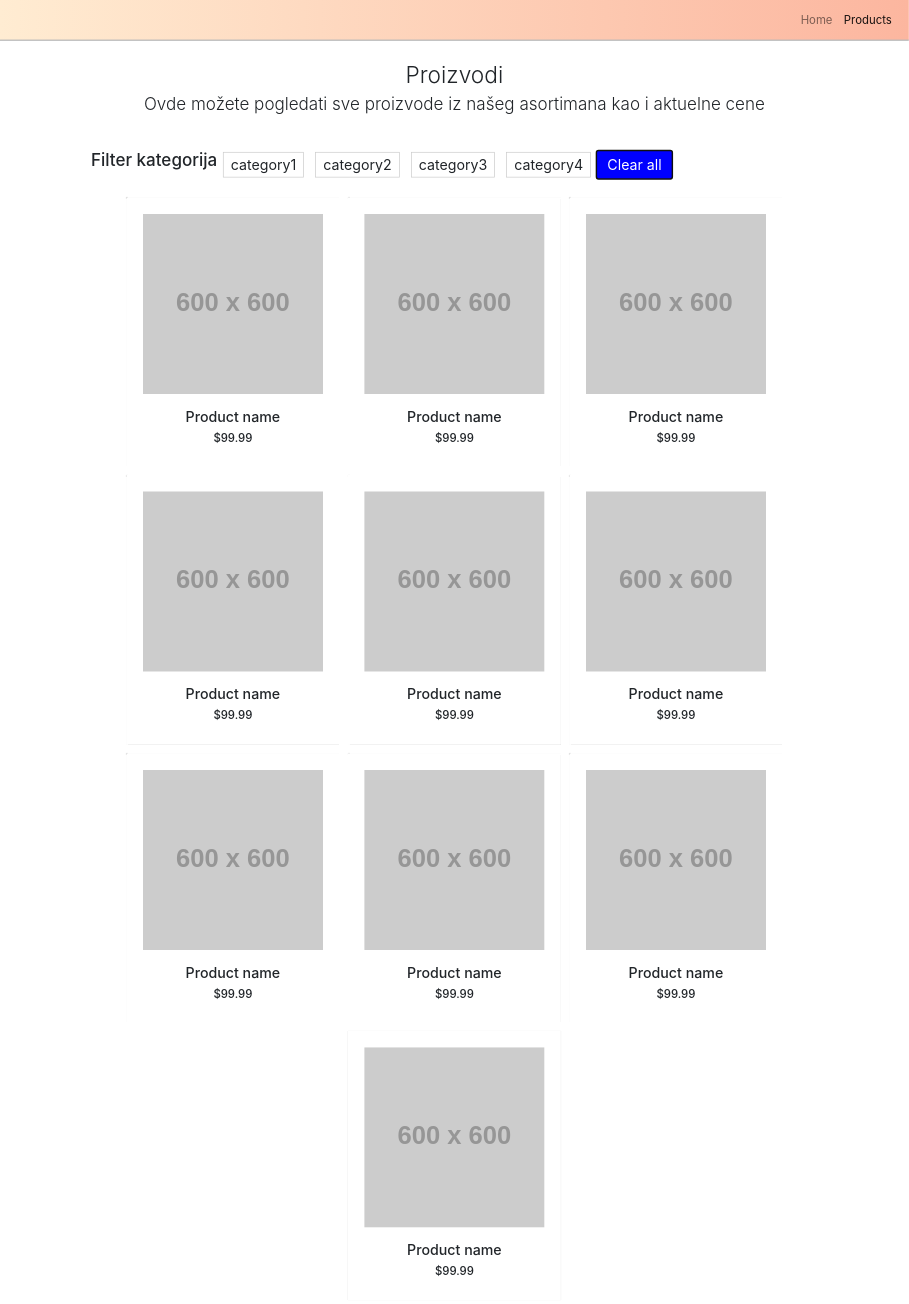
Repository: StevanFilipovic/TemplateForSinglepageWebsite
Page: products.html
These files come from the project's save history. The page is drawn as it stood at one moment and after the next save; the edit follows.
The browser window is 1280 px wide. The pictures show the whole page, at 71% of full size.
The first visible `.dugme` has the focus.
Some web libraries are served in a nearby version.

Above is the page before, as saved 2018-06-15 10:31:35.

After the next save:
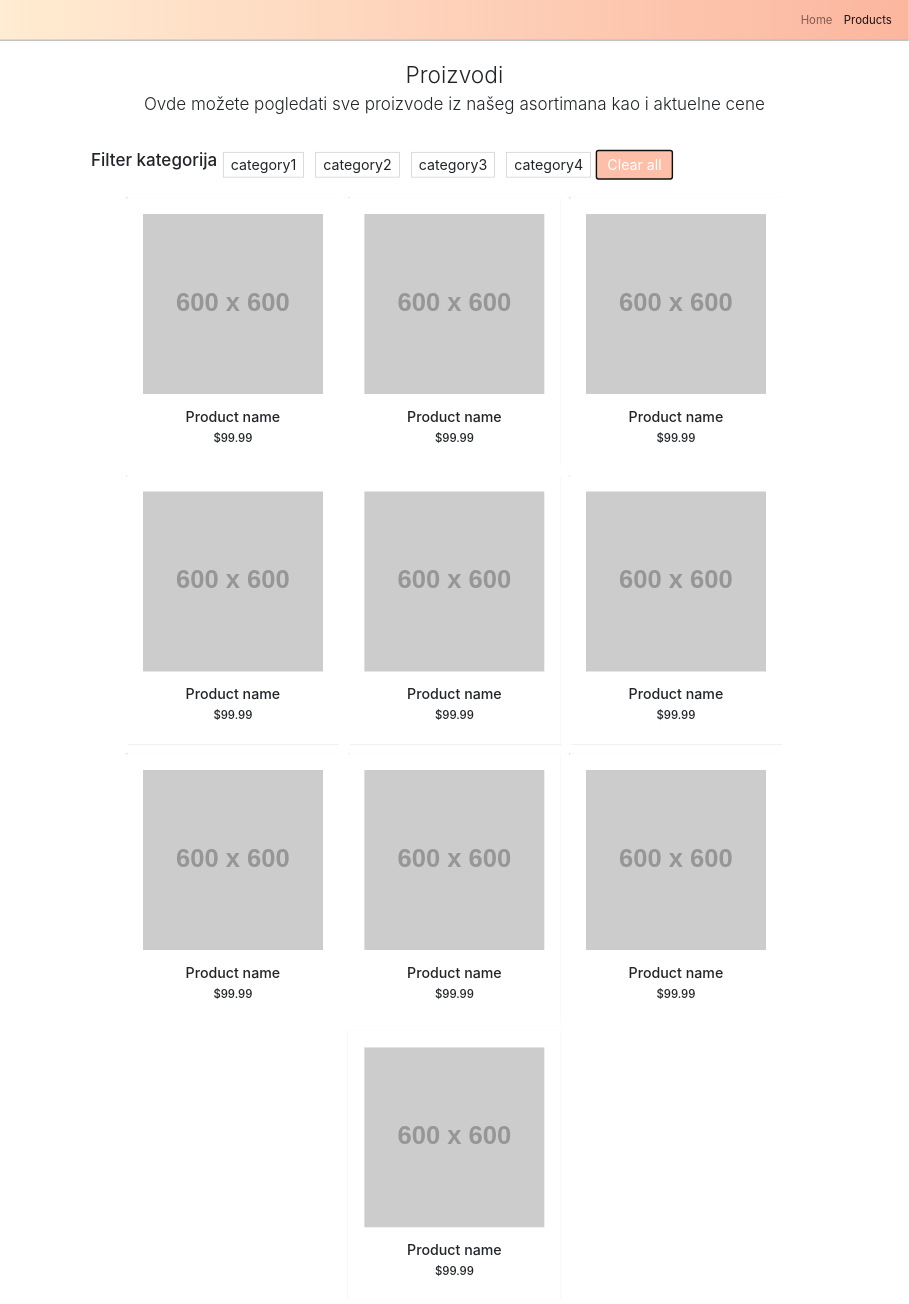
Saved 82 s later.
--- a/products-page-style.css
+++ b/products-page-style.css
@@ -106,7 +106,7 @@
   margin: auto 8px;
 }
 
-.dugme:focus{
+checkbox:focus{
   background: blue;
 }
 
